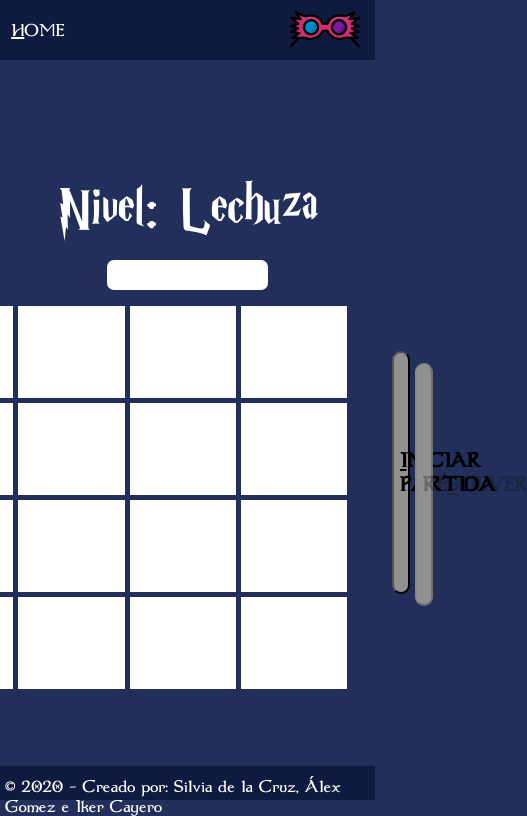
Repository: alexgomezdev/RavenclawSimon
Page: http://localhost/start.php?do=tryagain
These files come from the project's save history. The page is drawn as it stood at one moment and after the next save; the edit follows.
The browser window is 375 px wide. The page is 527 px wide, so the pictures cover 527 px, including what lies to the right of the window. The pictures show the whole page.
The page is run by PHP 8.4 with error messages shown; the project is at /var/www/html/.

Above is the page before, as saved 2020-11-10 21:13:35.

### start.php
<!DOCTYPE html>
<?php
session_start();
?>
<html lang="en">
<head>
    <meta charset="UTF-8">
    <meta name="viewport" content="width=device-width, initial-scale=1.0">
    <title>Ravenclaw Simon</title>
    <link rel="stylesheet" href="templates/lib.css">
    <link rel="stylesheet" href="templates/general.css">
    <link rel="stylesheet" href="templates/start.css">
    <audio id="start" src="templates/assets/audio/start.wav"></audio>
    <audio id="select" src="templates/assets/audio/select.mp3"></audio>
    <audio id="solve" src="templates/assets/audio/revelio.mp3"></audio>
    <script src="js/colorblind.js"></script>
</head>
<?php
    if (isset($_POST['colorblind_data'])) {
            $_SESSION['colorblind-data'] = $_POST['colorblind_data'];
        }
?>
<body id="body" <?php if (isset($_SESSION['colorblind-data']) && $_SESSION['colorblind-data'] == "True") {
            echo "class = 'body-blindcolor'";
        } else {
            echo "class = 'body'";
        } ?>>
    <header id="header" <?php if (isset($_SESSION['colorblind-data']) && $_SESSION['colorblind-data'] == "True") {
            echo "class = 'header-blindcolor'";
        } else {
            echo "class = 'header'";
        } ?>>
        <div id="home_link_div">
            <a href="index.php" id="home_link" accesskey="h"><underline class="accesskey">H</underline>OME</a>
        </div>
        <div class="colorblind_button_div" title="MODO DALTÓNICO" onclick="click_colorblind()">
            <img src="templates/assets/icono_daltonico.png" alt="Modo daltónico" id="colorblind_icon">
        </div>
    </header>
    <div id="show_name">
        <?php
        if (isset($_POST['username'])) {
            $username = $_POST['username'];
            if (isset($_SESSION['user']) && $_SESSION['user'] != $_POST['username']) {
                session_unset();
            }
            if (isset($_SESSION['user'])) {
                echo 'Jugador: ' . $_SESSION['user'];
            } else {
                $_SESSION['user'] = $username;

                echo 'Jugador: ' . $_SESSION['user'];
            }
        } else {
            if (isset($_SESSION['user'])) {
                echo 'Jugador: ' . $_SESSION['user'];
            }
        }
        if (isset($_SESSION['lvl'])) {
            if ( isset($_GET["do"]) && $_GET["do"] == "next") {
                $_SESSION['rankPoints'] = $_SESSION['rankPoints'] + 1000;
                $_SESSION['lvl'] = $_SESSION['lvl'] + 1;
            } else if (isset($_GET["do"]) && $_GET["do"] == "tryagain") {
                $_SESSION['rankPoints'] = $_SESSION['rankPoints'] - 50;
            }
        } else {
            $_SESSION['lvl'] = 0;
        }
        if (!isset($_SESSION['rankPoints'])) {
            $_SESSION['rankPoints'] = 1000;
        }
        $archivo = file('templates/config.txt');
        $nivel = explode(";", $archivo[$_SESSION['lvl']]);
        $filas = explode("x", $nivel[1]);
        $randArray = [];
        $randNum = [];
        $segons = $nivel[3] * 1000;
        echo "</br>Nivel: " . $nivel[0];
        ?>
        <script type="text/javascript">
            var segons = <?php echo $segons; ?>

        </script>
    </div>
    <div id="timer">
        <div id="progress">
            <div id="bar">
                <div id="label"></div>
            </div>
        </div>
    </div>
    <script src="js/playing.js"></script>
    <div class=" maxwd just-cont-center ds-flex">
        <div>
            <?php

            for ($m = 1; $m <= $nivel[2]; $m++) {
                $randNum = rand(0, ($filas[0] * $filas[1]) - 1);
                if (in_array($randNum, $randArray)) {
                    $m = $m - 1;
                } else {
                    array_push($randArray, $randNum);
                }
            }
            //echo "<PRE>" . print_r($_SESSION['lvl'], true) . "</PRE>";
            //0. NOM, 1. MATRIU, 2. PINTAR 3. SEGS, 4.CODI

            $cont = 0;
            //echo "<PRE>" . var_export($nivel, true) . "</PRE>";

            echo " <table class='tg'><tbody>";
            for ($i = 1; $i <= $filas[0]; $i++) {
                echo "<tr>";
                for ($x = 1; $x <= $filas[1]; $x++) {
                    if (in_array($cont, $randArray)) {
                        echo "<td class='tg plus'  id='. $cont . ' ' '></td>";
                        $cont = $cont + 1;
                    } else {
                        echo "<td class='tg' id='. $cont . ' '></td>";
                        $cont = $cont + 1;
                    }
                }
                echo "</tr>";
            }
            echo " </tbody> </table>";
            //echo "<PRE>" . print_r($filas, true) . "</PRE>";
            ?>
        </div>
               <div class=" ds-flex just-space-around">
            <div id="button_div">
                <button class="button_play" id="start_game_button" onclick="showNices(); updateClock(); move(); start()" accesskey="i">
                    <h3><underline class="accesskey">I</underline>NICIAR PARTIDA</h3>
                </button>
                <button class="button_play" id="solve_button" onclick="winorlose()" onmouseover="solve()" accesskey="s" disabled>
                    <h3>RE<underline class="accesskey">S</underline>OLVER</h3>
                </button>
            </div>
        </div>
    </div>
    <footer id="footer" <?php if (isset($_SESSION['colorblind-data']) && $_SESSION['colorblind-data'] == "True") {
            echo "class = 'footer-blindcolor'";
        } else {
            echo "class = 'footer'";
        } ?>>
        <div id="footer_content">
            &#0169 2020 - Creado por: Silvia de la Cruz, Álex Gomez e Iker Cayero
        </div>
    </footer>
</body>
</html>

### templates/config.txt
Lechuza;4x4;5;4;AA11
Duendecillo;4x4;7;3;AZ21
Centauro;4x4;8;2;BA3G
Trol;4x4;10;1;S7R
Hipogrifo;5x5;7;3;R67T
Gigante;5x5;10;3;78K5
Dementor;5x5;13;2;OPH0
Cancerbero;5x5;14;2;I796
Dragón;5x5;15;1;9UGG
Basilisco;6x6;16;2;6GPD

### templates/lib.css
.maxwd {
  width: 100%;
}

.ds-flex {
  display: flex;
}
.just-cont-center {
  justify-content: center;
}
.just-space-around {
  justify-content: space-around;
}

### templates/general.css
@font-face {
  font-family: "Harry_Potter";
  src: url("../templates/typography/HARRYP.TTF") format("truetype");
}

@font-face {
  font-family: "Dumbledore";
  src: url("../templates/typography/dumbledor.1.ttf") format("truetype");
}

html {
  min-height: 100%;
  position: relative;
}

body {
  font-family: "Dumbledore";
  background-color: #222f5b;
}

.body-blindcolor {
  background-color: #6c1ab2;
}

header {
  background-color: #0e1a40;
  top: 0;
  left: 0;
  position: fixed;
  width: 100%;
  height: 60px;
  display: flex;
}

.header-blindcolor {
  background-color: #2d044c;
}

#home_link_div {
  float: left;
  margin-left: 3%;
  padding-top: 9px;
  text-align: center;
  width: 10%;
  height: 100%;
  margin-right: none;
}

#home_link {
  display: flex;
  justify-content: center;
  align-items: center;
  color: #ffffff;
  font-size: 20px;
  text-decoration: none;
  width: min-content;
  height: 70%;
}

.colorblind_button_div {
  float: right;
  margin-right: 4%;
  width: 20%;
  text-align: center;
  height: 100%;
}

#colorblind_icon {
  float: right;
  justify-content: center;
  color: #ffffff;
  font-size: 20px;
  text-decoration: none;
  padding-top: 11px;
  height: 60%;
  cursor: pointer;
}

#title {
  color: #ffffff;
  font-family: "Harry_Potter";
  font-size: 60px;
  width: 100%;
  text-align: center;
  margin-top: 120px;
}

underline {
  text-decoration: underline;
}
main {
  width: 100%;
}

footer {
  color: #ffffff;
  background-color: #0e1a40;
  bottom: 0;
  left: 0;
  position: absolute;
  width: 100%;
  height: 3%;
  display: flex;
  padding-top: 10px;
  clear: both;
}

.footer-blindcolor {
  background-color: #2d044c;
}

#footer_content {
  margin-left: 5px;
  color: #ffffff;
  font-size: 20px;
  vertical-align: center;
  height: 60%;
}

@media (max-width: 800px) {
  #home_link_div {
    width: 15%;
  }
}

@media (max-width: 500px) {
  #home_link_div {
    width: 25%;
  }
}

### templates/start.css
.tg {
  border-collapse: collapse;
  border-width: 5px;
  width: 450px;
  height: 90px;
  background-color: white;
  border-style: solid;
  border-color: #222f5b;
}

#show_name {
  color: #ffffff;
  font-family: "Harry_Potter";
  font-size: 60px;
  width: 100%;
  text-align: center;
  margin-top: 120px;
  margin-bottom: 20px;
}

table {
  width: 100%;
  margin: 0 auto;
}

.nice {
  background-color: #946b2d;
}

#button_div {
  display: inline-block;
  margin-top: 50px;
  margin-bottom: 100px;
  text-align: center;
  width: 100%;
}

.button_play {
  border-radius: 15px;
  background-color: #919191;
  font-family: "Dumbledore";
  font-size: 20px;
  width: 15%;
  height: 100%;
}

.button_play:hover {
  color: #5d5d5d;
  background-color: #ffffff;
}

#timer {
  font-family: "Harry_Potter";
  color: white;
  width: 100%;
}
#timer {
  text-align: center;
  margin-top: 2%;
  font-size: 25px;
  font-family: "Harry_Potter";
  color: white;
}

#progress {
  position: relative;
  width: 20%;
  height: 30px;
  background-color: #ffffff;
  margin: 0 auto;
  margin-bottom: 2%;
  border-radius: 7px;
}
#bar {
  position: absolute;
  width: 0%;
  height: 100%;
  background-color: #946b2d;
  border-radius: 5px;
}
#label {
  padding-top: 3px;
}

.colorblind_button_div {
  width: 90%;
}

@media (max-width: 1200px) {
  #progress {
    width: 25%;
  }
}

@media (max-width: 900px) {
  #progress {
    width: 30%;
  }
}

@media (max-width: 700px) {
  #progress {
    width: 35%;
  }
}
@media (max-width: 600px) {
  #progress {
    width: 40%;
  }
}
@media (max-width: 500px) {
  #progress {
    width: 45%;
    margin: 0 auto;
    margin-bottom: 3%;
  }
}

@media (max-width: 460px) {
  #timer {
    margin: 0 auto;
  }
  #show_name {
    text-align: center;
  }

  #progress {
    margin-bottom: 3%;
    width: 45%;
  }
}

### js/colorblind.js
var daltonico = 0;


function click_colorblind() {
    if (daltonico == 0) {
        daltonico = 1;
        change_colorblind(daltonico);
    } else {
        daltonico = 0;
        change_colorblind(daltonico);
    }
}

function change_colorblind(id) {
    change_body(id);
    change_header(id);
    change_footer(id);
}

function change_body (id){
    if (id == 1) {
        document.getElementById("body").removeAttribute("class");
        document.getElementById("body").setAttribute("class", "body-blindcolor");
    } else {
        document.getElementById("body").removeAttribute("class", "body-blindcolor");
        document.getElementById("body").setAttribute("class", "body");
    }
}

function change_header (id){
    if (id == 1) {
        document.getElementById("header").removeAttribute("class");
        document.getElementById("header").setAttribute("class", "header-blindcolor");
    } else {
        document.getElementById("header").removeAttribute("class", "header-blindcolor");
        document.getElementById("header").setAttribute("class", "header");
    }
}

function change_footer (id){
    if (id == 1) {
        document.getElementById("footer").removeAttribute("class");
        document.getElementById("footer").setAttribute("class", "footer-blindcolor");
    } else {
        document.getElementById("footer").removeAttribute("class", "footer-blindcolor");
        document.getElementById("footer").setAttribute("class", "footer");
    }
}

### js/playing.js
var tdscorrects = document.getElementsByClassName('plus');
function hideNices (){
    for (const key of tdscorrects) {
        key.classList.remove('nice');
    }
    document.getElementById("solve_button").removeAttribute('disabled');
    var clickable = document.getElementsByClassName('tg');
    var clickable = document.getElementsByClassName('tg');
    for (const x of clickable) {
        x.setAttribute('onclick', 'choose(this.id)');
    }
    startTime =new Date();
    document.getElementById("start_game_button").setAttribute('disabled', false);
};
function showNices(){
    for (const x of tdscorrects) {
            x.classList.add('nice');
        }
    setTimeout(hideNices,segons)
};

function choose(id) {
    var elem = document.getElementById(id);
    if (elem.classList.contains('nice')){
        elem.classList.remove('nice');
    }else{
        elem.classList.add('nice');
    }
    document.getElementById('select').play();
};

function winorlose() {
    endTime = new Date();
    var intervalTime = endTime - startTime ;
    intervalTime = intervalTime/100;
    timeToReturn = Math.round(intervalTime);
    var playResut = document.getElementsByClassName('plus nice');
    var contNice = document.getElementsByClassName('nice')
    if ((contNice.length == tdscorrects.length) && ((playResut.length == tdscorrects.length)) ){
        window.open("success.php?tiempo="+timeToReturn, "_self");
    }else{
        window.open("gameOver.php", "_self");
    }
};

function start() {
    document.getElementById('start').play();
};

function solve() {
    document.getElementById('solve').play();
};

var totalTime = segons /1000;

function move() {
    var elem = document.getElementById("bar");
    var width = 0;
    var id = setInterval(frame, segons/100);
    function frame() {
      if (width >= 100) {
        clearInterval(id);
      } else {
        width++;
        elem.style.width = width + '%';
      }//
    }
}

function updateClock() {
    document.getElementById('label').innerHTML = totalTime;
    if(totalTime==0){

    }else{
        totalTime-=1;
        setTimeout("updateClock(totalTime)",1000);
    }
}

After the next save:
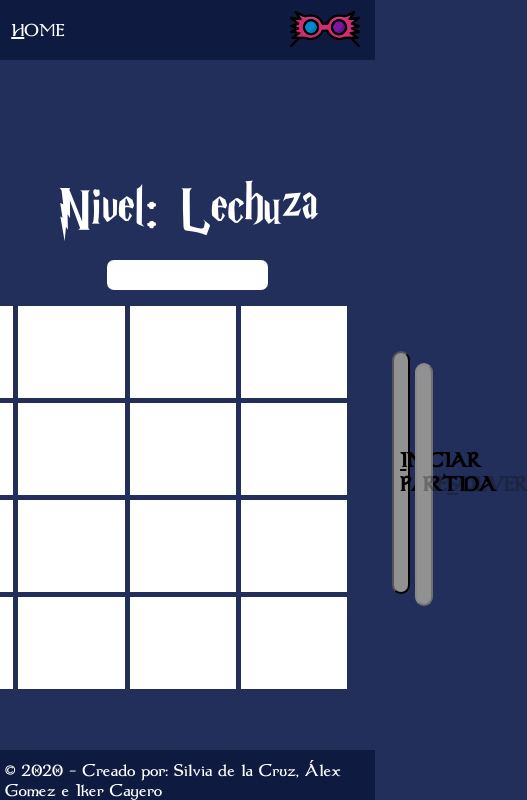
Saved 5 min 43 s later.
--- a/templates/start.css
+++ b/templates/start.css
@@ -114,6 +114,9 @@
     margin: 0 auto;
     margin-bottom: 3%;
   }
+  footer {
+    height: 5%;
+  }
 }
 
 @media (max-width: 460px) {
